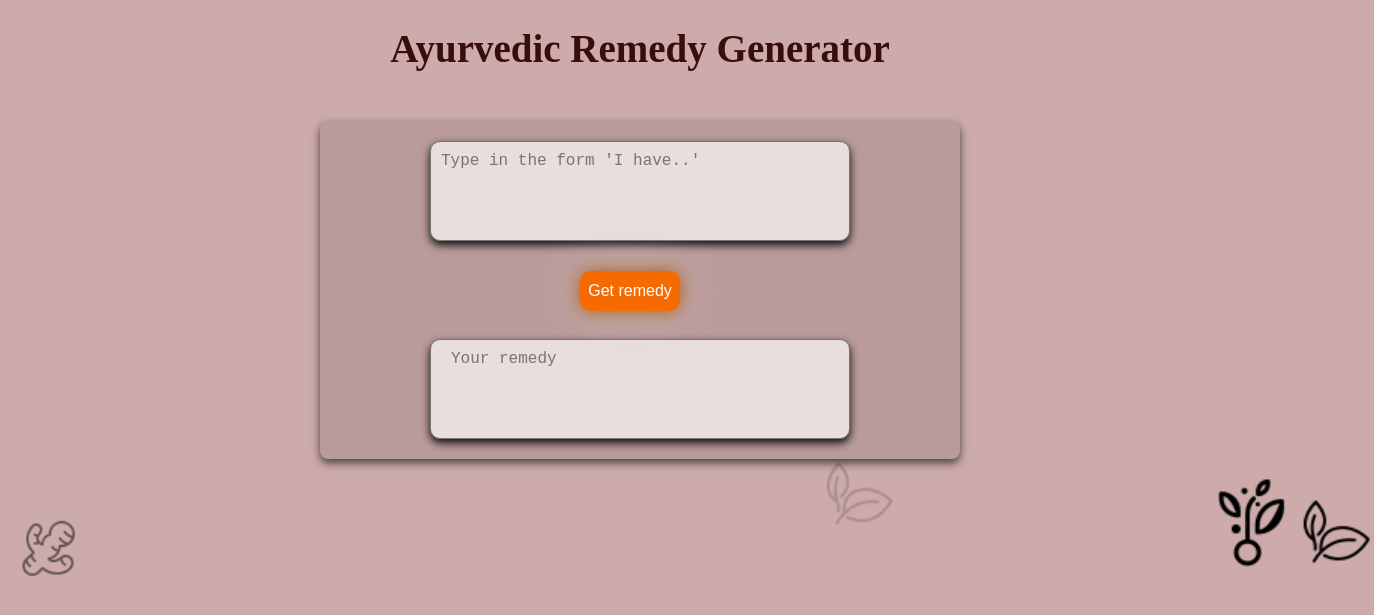
Repository: krutarthh/Ayurvedic-Remedy
Page: index.html
These files come from the project's save history. The page is drawn as it stood at one moment and after the next save; the edit follows.
The browser window is 1280 px wide. The page is 1374 px wide, so the pictures cover 1374 px, including what lies to the right of the window. The pictures show the whole page.

Above is the page before, as saved 2024-04-10 15:08:46.

After the next save:
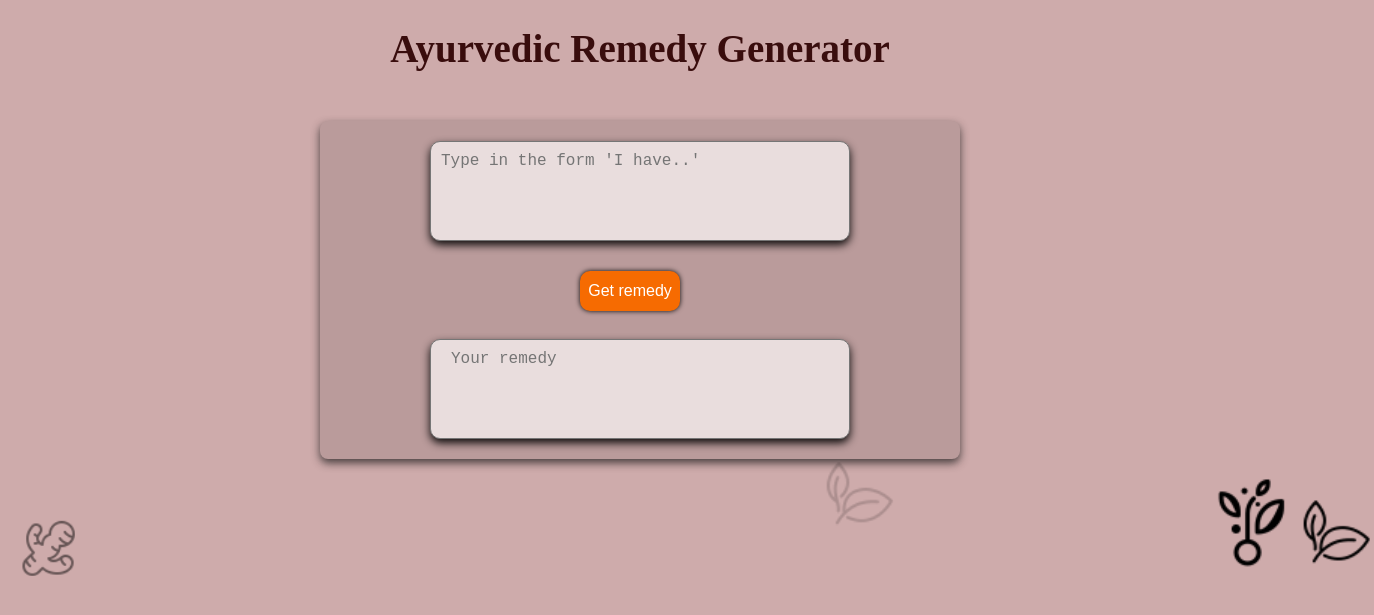
Saved 18 s later.
--- a/app.css
+++ b/app.css
@@ -114,7 +114,7 @@ background-color: #e9dddd;
 
   #Send {
     filter: drop-shadow(0 0 1rem var(--purple-300));
-    animation: glowing 2s infinite;
+    animation: glowing 5s infinite;
     width: 100px;
     height: 40px;
     background-color: #f66b01;
